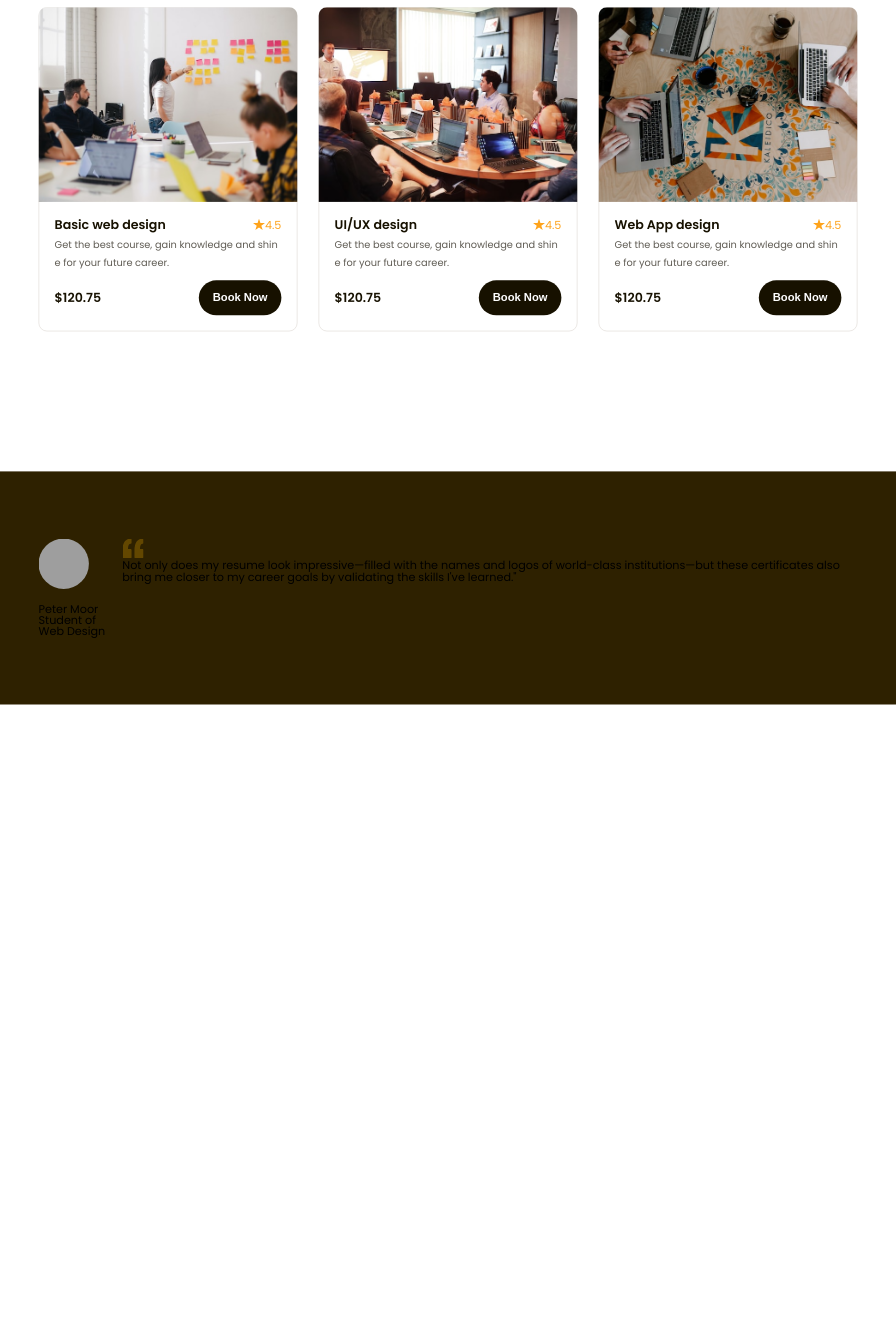
Repository: ynguyen1512/htmlcss-project-02
Page: index.html
The author's editor kept a copy of each file at every save. The page is drawn from the files as they stood at one save, then again after the next save.
The browser window is 1280 px wide. The pictures show the part of the page from y = 1269 to 3189 px (the page is 5000 px tall), at 70% of full size.
Pictures or frames that could not be fetched are drawn as grey boxes. A picture or video elsewhere on the page could not be fetched, so the positions and the page height are approximate.

Above is the page before, as saved 2023-03-08 22:37:20.

After the next save:
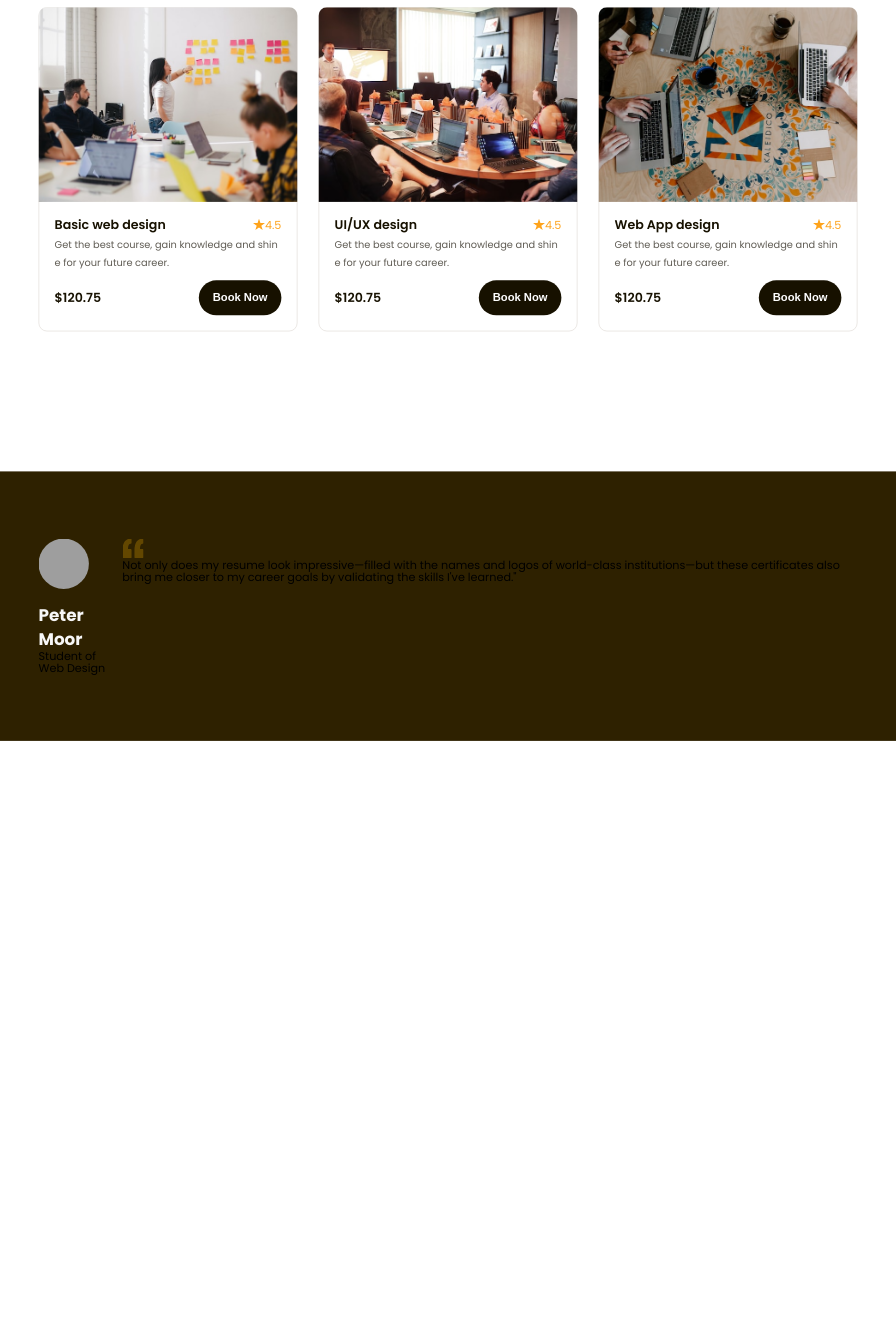
Saved 42 s later.
--- a/assets/css/style.css
+++ b/assets/css/style.css
@@ -430,4 +430,11 @@ a {
 
 .feedback-item .info .title {
     margin-top: 18px;
-}
+    font-weight: 700;
+font-size: 24px;
+line-height: 1.42;
+/* identical to box height, or 142% */
+
+
+color: #F7F7F7;
+}
